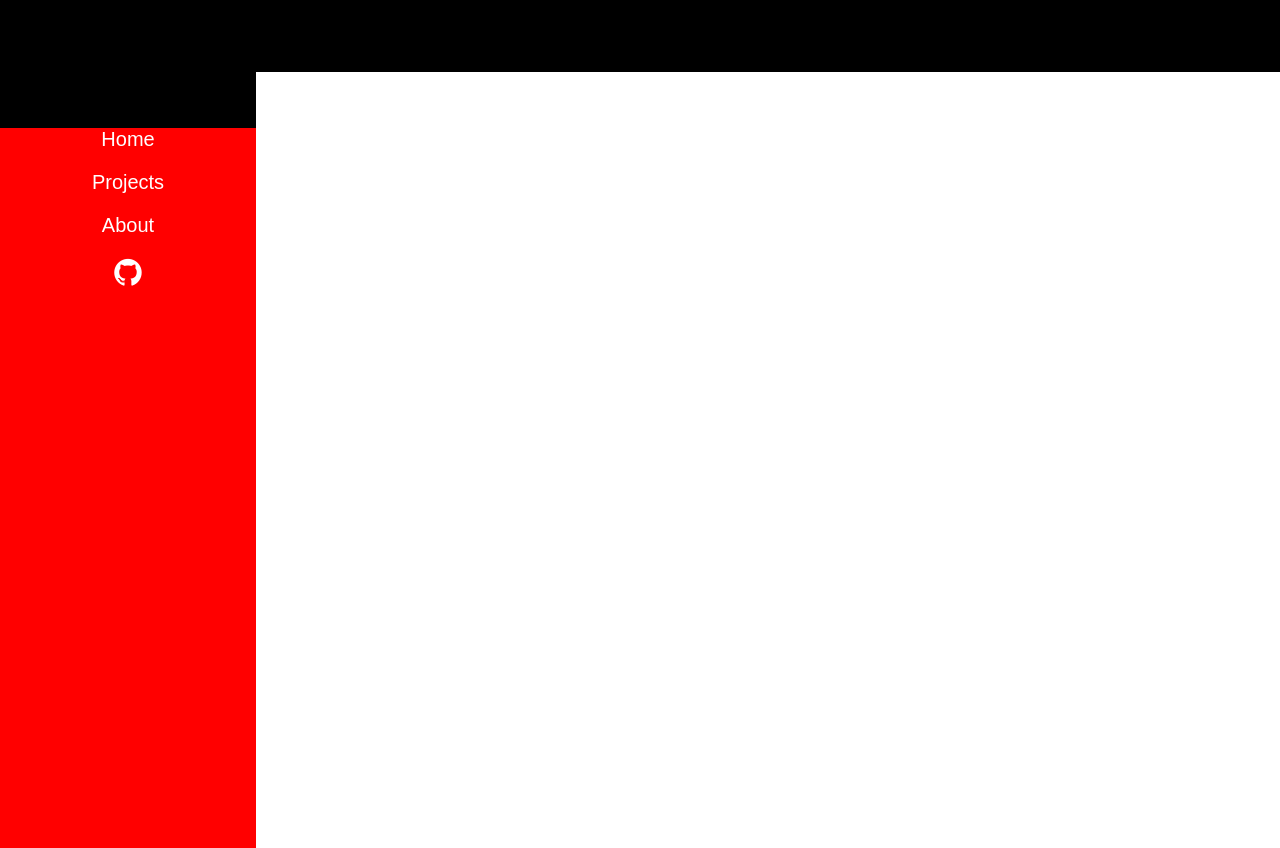
Repository: josephinel6/josephinel6.github.io
Page: index.html
These files come from the project's save history. The page is drawn as it stood at one moment and after the next save; the edit follows.
The browser window is 1280 px wide. The pictures show the whole page.

Above is the page before, as saved 2023-04-04 10:57:08.

After the next save:
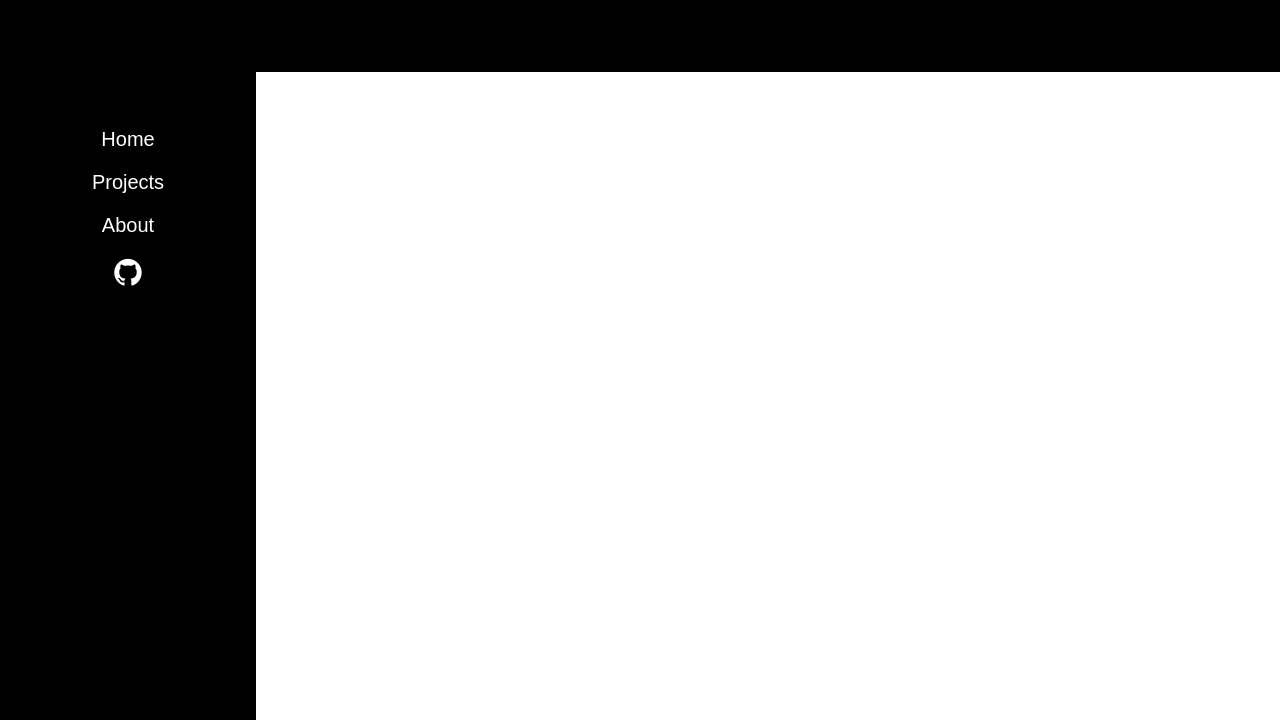
Saved 13 s later.
--- a/index.html
+++ b/index.html
@@ -62,20 +62,18 @@
 
 <body>
     <div id="menu">
-        <div style="position:relative; background-color: red; height: 100%; top: 0">
-            <div>
-                <CENTER>
-                    <p class="menutext" style="margin-top: 50%"> Home </p>
-                    <p class="menutext"> Projects </p>
-                    <p class="menutext"> About </p>
-                </CENTER>
-            </div>
+        <div>
             <CENTER>
-                <div style="vertical-align: baseline;">
-                    <i href="https://github.com/josephinel6" class="fa fa-github fa-2x"></i>
-                </div>
+                <p class="menutext" style="margin-top: 50%"> Home </p>
+                <p class="menutext"> Projects </p>
+                <p class="menutext"> About </p>
             </CENTER>
         </div>
+        <CENTER>
+            <div style="vertical-align: baseline;">
+                <i href="https://github.com/josephinel6" class="fa fa-github fa-2x"></i>
+            </div>
+        </CENTER>
     </div>
     <div id="topbar">
 
